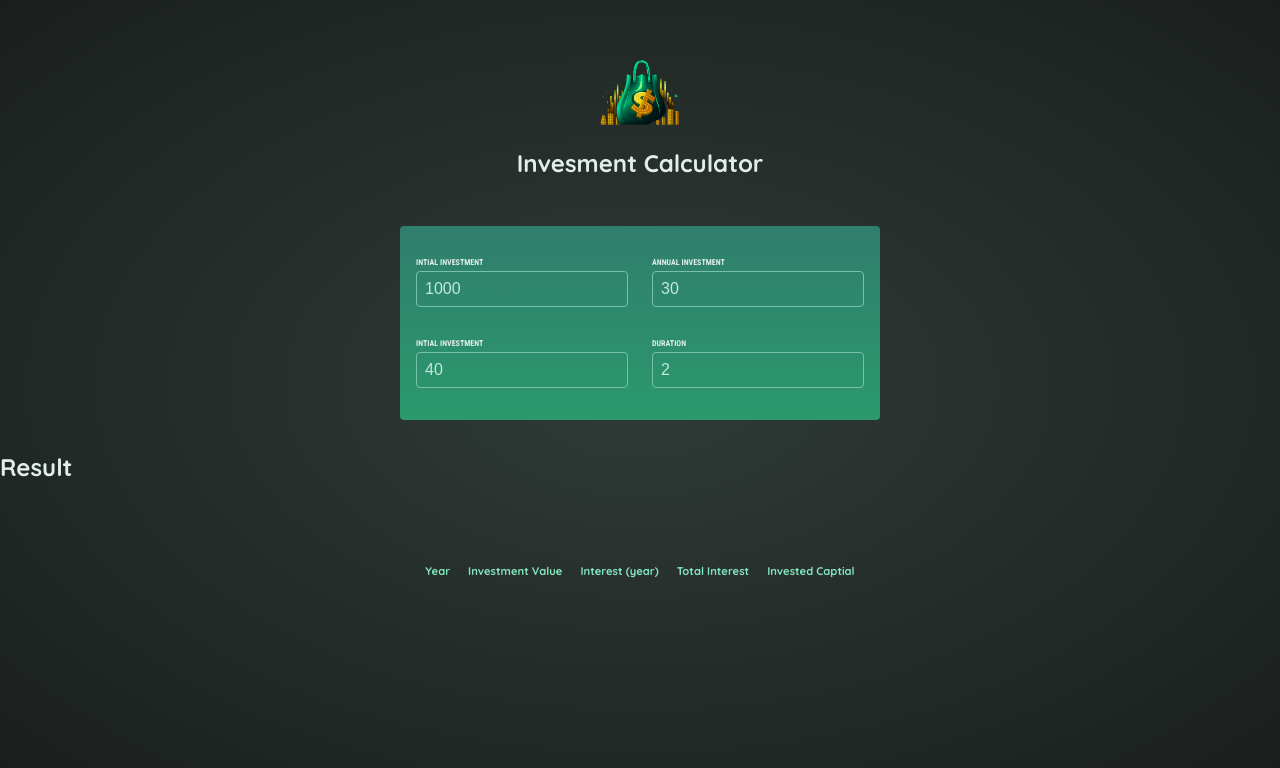
Repository: sibi24sibi/investment-calculator
Page: /
The author's editor kept a copy of each file at every save. The page is drawn from the files as they stood at one save, then again after the next save.
The browser window is 1280 px wide. The pictures show the whole page.
The project was rebuilt for these pictures with package versions that can differ from the ones it lists, and the page was loaded fresh each time. Also part of the build but not shown: vite.config.js.

Above is the page before, as saved 2024-05-26 13:20:13.

After the next save:
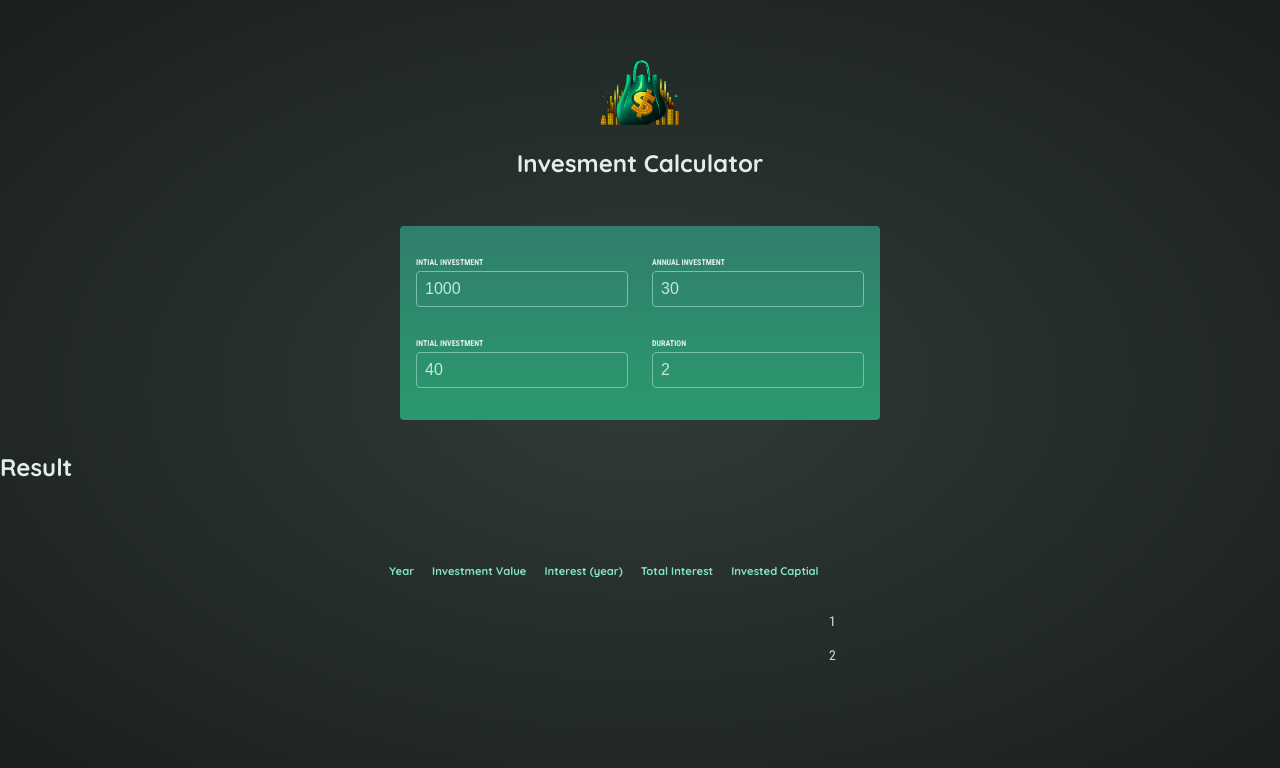
Saved 85 s later.
--- a/src/components/Result.jsx
+++ b/src/components/Result.jsx
@@ -19,13 +19,15 @@ export default function Result({ userInput }) {
         </thead>
         <tbody>
           {investmentResults.map((yearData) => {
-            <tr key={yearData.year}>
-              <td>{yearData.year}</td>
-              <td></td>
-              <td></td>
-              <td></td>
-              <td></td>
-            </tr>;
+            return (
+              <tr key={yearData.year}>
+                <td>{yearData.year}</td>
+                <td></td>
+                <td></td>
+                <td></td>
+                <td></td>
+              </tr>
+            );
           })}
         </tbody>
       </table>
